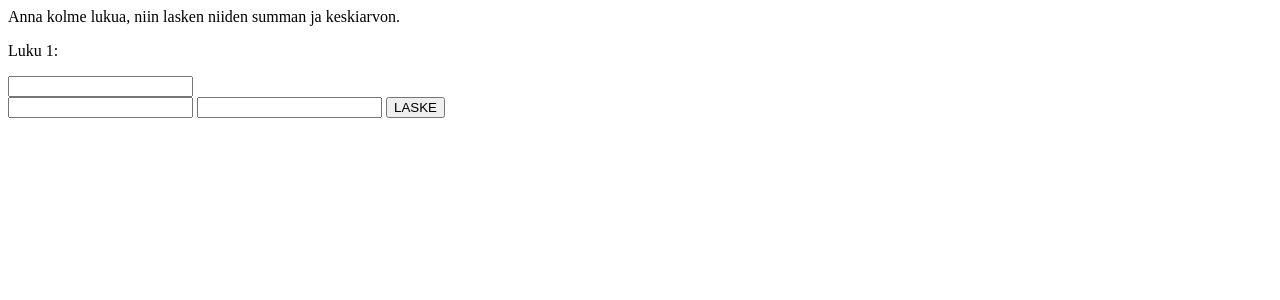
Repository: koodaajakige/knykanen
Page: public_html/be/kolmelukua.html
The author's editor kept a copy of each file at every save. The page is drawn from the files as they stood at one save, then again after the next save.
The browser window is 1280 px wide. The pictures show the whole page.

Above is the page before, as saved 2022-10-14 14:50:52.

### public_html/be/kolmelukua.html
<head></head>
    <meta charset="UTF-8">
</head>
<body>

<p>Anna kolme lukua, niin lasken niiden summan ja keskiarvon.</p>
<form action="bmi.php" method="GET">
    <p>Luku 1:</p>
    <input type="text" name="luku1"><br>
    <input type="text" name="luku2">
    <input type="text" name="luku3">
    <input type="submit" value="LASKE">
</form>
</body>

After the next save:
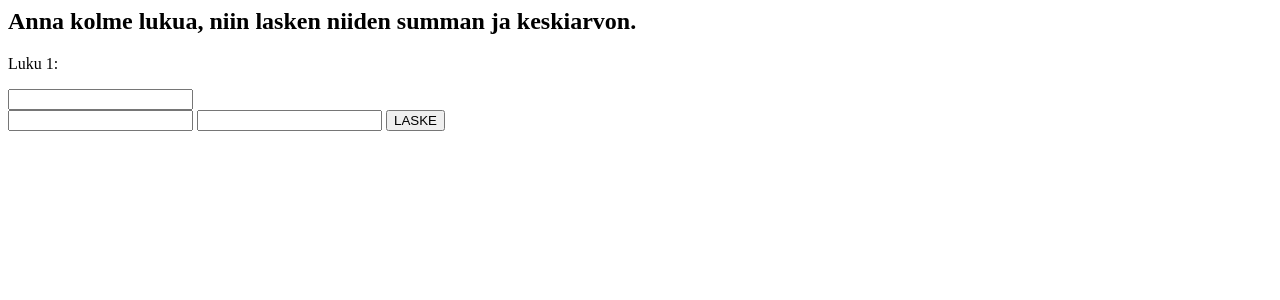
Saved 72 s later.
--- a/public_html/be/kolmelukua.html
+++ b/public_html/be/kolmelukua.html
@@ -3,7 +3,7 @@
 </head>
 <body>
 
-<p>Anna kolme lukua, niin lasken niiden summan ja keskiarvon.</p>
+<h2>Anna kolme lukua, niin lasken niiden summan ja keskiarvon.</h2>
 <form action="bmi.php" method="GET">
     <p>Luku 1:</p>
     <input type="text" name="luku1"><br>

After the save that followed:
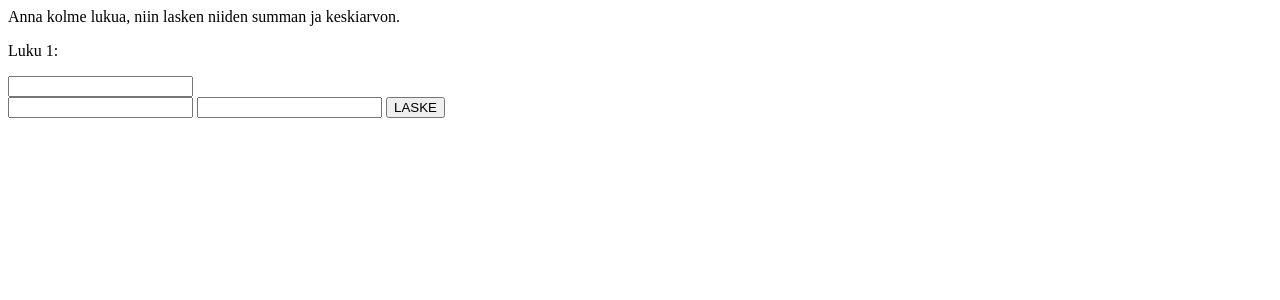
Saved 30 s later.
--- a/public_html/be/kolmelukua.html
+++ b/public_html/be/kolmelukua.html
@@ -3,7 +3,7 @@
 </head>
 <body>
 
-<h2>Anna kolme lukua, niin lasken niiden summan ja keskiarvon.</h2>
+<p>Anna kolme lukua, niin lasken niiden summan ja keskiarvon.</p>
 <form action="bmi.php" method="GET">
     <p>Luku 1:</p>
     <input type="text" name="luku1"><br>
